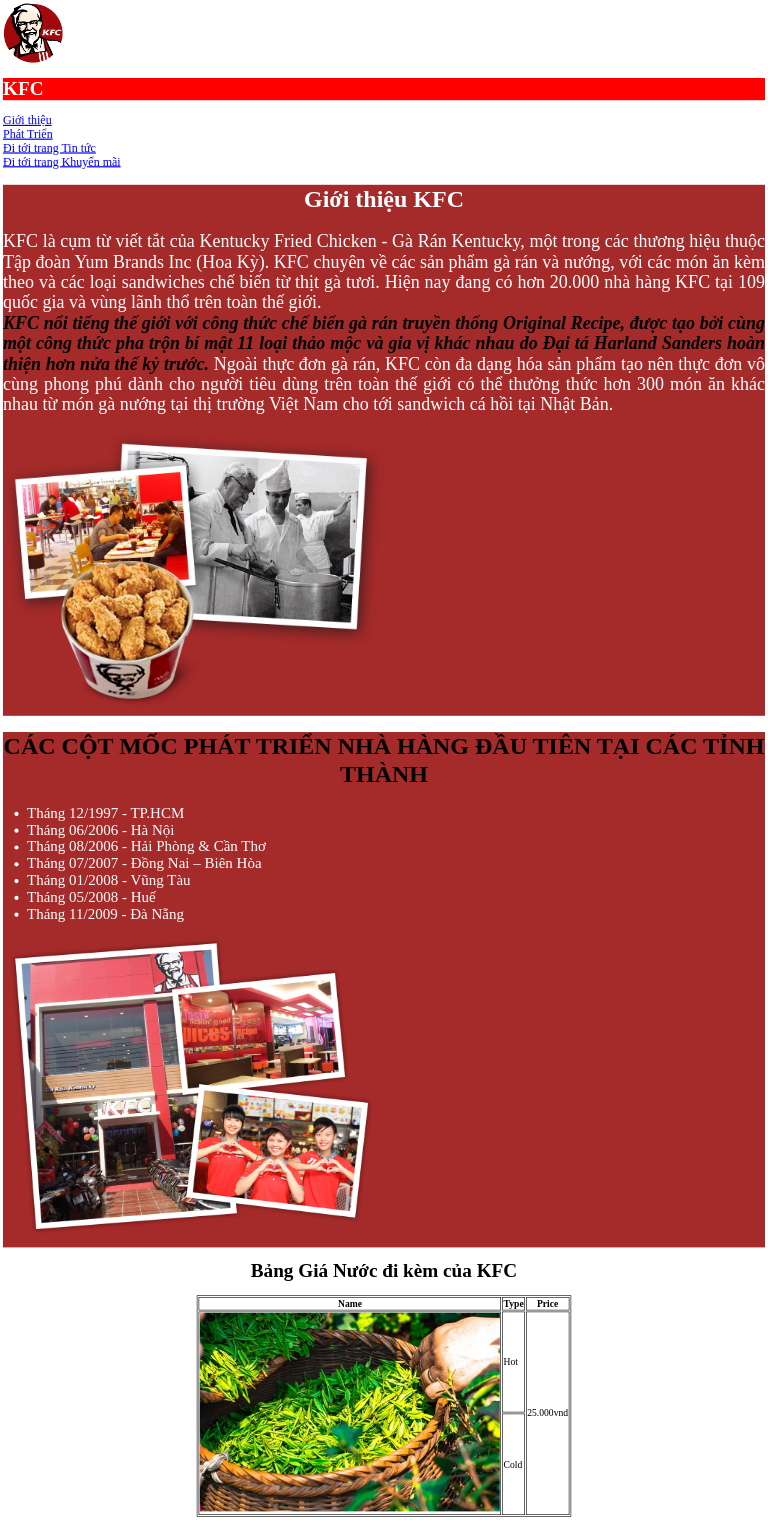
Repository: giahuy405/BC38__-BaiTapHTML_KFC__Pham_Gia_Huy
Page: index.html
These files come from the project's save history. The page is drawn as it stood at one moment and after the next save; the edit follows.
The browser window is 1280 px wide. The pictures show the whole page, at 60% of full size.

Above is the page before, as saved 2022-09-06 19:44:50.

### index.html
<!DOCTYPE html>
<html lang="en">
<head>
    <meta charset="UTF-8">
    <meta http-equiv="X-UA-Compatible" content="IE=edge">
    <meta name="viewport" content="width=device-width, initial-scale=1.0">
    <title>Document</title>
    <link rel="stylesheet" href="./css/index.css">
</head>
<body>
    <header>
        <img src="./img/logo.png" alt="">
        <h1>KFC</h1>
    </header>
    <nav>
        <ul>
            <li><a href="#">Giới thiệu</a></li>
            <li><a href="#">Phát Triển</a></li>
            <li><a href="#">Đi tới trang Tin tức</a></li>
            <li><a href="#">Đi tới trang Khuyến mãi</a></li>
        </ul>
    </nav>
    <div class="introduce-KFC">
        <h1>Giới thiệu KFC</h1>

        <p>KFC là cụm từ viết tắt của Kentucky Fried Chicken - Gà Rán Kentucky, một trong các thương hiệu thuộc Tập đoàn Yum Brands Inc (Hoa Kỳ). KFC chuyên về các sản phẩm gà rán và nướng, với các món ăn kèm theo và các loại sandwiches chế biến từ thịt gà tươi. Hiện nay đang có hơn 20.000 nhà hàng KFC tại 109 quốc gia và vùng lãnh thổ trên toàn thế giới.
        <br>
            <span><i style="color:black;"><b>KFC nổi tiếng thế giới với công thức chế biến gà rán truyền thống Original Recipe, được tạo bởi cùng một công thức pha trộn bí mật 11 loại thảo mộc và gia vị khác nhau do Đại tá Harland Sanders hoàn thiện hơn nửa thế kỷ trước.</b></i></span> Ngoài thực đơn gà rán, KFC còn đa dạng hóa sản phẩm tạo nên thực đơn vô cùng phong phú dành cho người tiêu dùng trên toàn thế giới có thể thưởng thức hơn 300 món ăn khác nhau từ món gà nướng tại thị trường Việt Nam cho tới sandwich cá hồi tại Nhật Bản.
        </p>
        <img style="width:50%" src="./img/about-pic-1.png" alt="">
    </div>

    <div class="branch-KFC">
        <h1>CÁC CỘT MỐC PHÁT TRIỂN NHÀ HÀNG ĐẦU TIÊN TẠI CÁC TỈNH THÀNH</h1>

        <ul>
            <li>Tháng 12/1997 - TP.HCM</li>
            <li>Tháng 06/2006 - Hà Nội</li>
            <li>Tháng 08/2006 - Hải Phòng & Cần Thơ</li>
            <li>Tháng 07/2007 - Đồng Nai – Biên Hòa</li>
            <li>Tháng 01/2008 - Vũng Tàu</li>
            <li>Tháng 05/2008 - Huế</li>
            <li>Tháng 11/2009 - Đà Nẵng</li>
        </ul>
        <img style="width:50%" src="./img/about-pic-3.png" alt="">

    </div>

    <div class="menu-water">
        <h1>Bảng Giá Nước đi kèm của KFC</h1>

        <table>
            <tr>
                <th>Name</th>
                <th>Type</th>
                <th>Price</th>
            </tr>
            <tr>
                <td rowspan="2">
                    <img src="./img/greentea.jpg" alt="">
                </td>
                <td>Hot</td>
                <td rowspan="2">25.000vnd</td>
            </tr>
            <tr>

                <td>Cold</td>
            </tr>
        </table>
    </div>
</body>
</html>

### css/index.css
*{
    box-sizing: border-box;
}
body{
    padding: 0;
    margin: 5px;
}
header img{
    width: 100px;
}
header h1{
    background-color: red;
    color: white;
}
nav ul{
    list-style: none;
    padding: 0;
}
nav ul li a{
    font-size: 20px;
    color: blue;
}
.introduce-KFC{
    background-color: #a52a2a;
}
.introduce-KFC h1{
    text-align:center ;
    font-size: 40px;
    color: white;
}
.introduce-KFC p{
    font-size: 30px;
    color: white;
    text-align: justify;
}
.branch-KFC{
    background-color: #a52a2a;
}
.branch-KFC h1{
    font-size: 40px;
    text-align: center;
}
.branch-KFC ul li{
    font-size: 25px;
    color: white;
}
.menu-water h1{
    text-align: center;
}
.menu-water table,th,td{

    border: 1px solid black;
}
.menu-water table{
    margin: 0 auto;
}

After the next save:
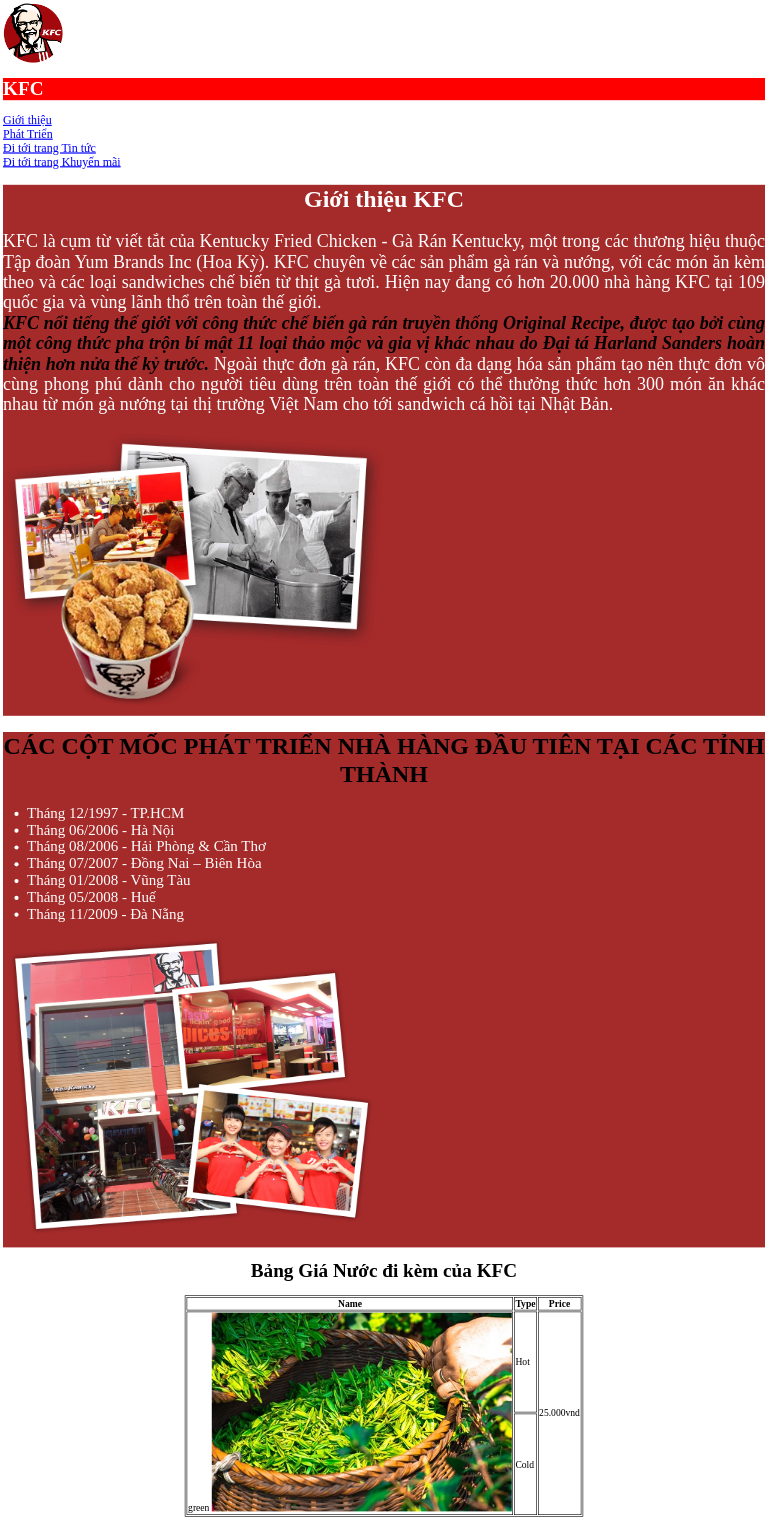
Saved 13 s later.
--- a/index.html
+++ b/index.html
@@ -57,6 +57,7 @@
             </tr>
             <tr>
                 <td rowspan="2">
+                    green
                     <img src="./img/greentea.jpg" alt="">
                 </td>
                 <td>Hot</td>

After the save that followed:
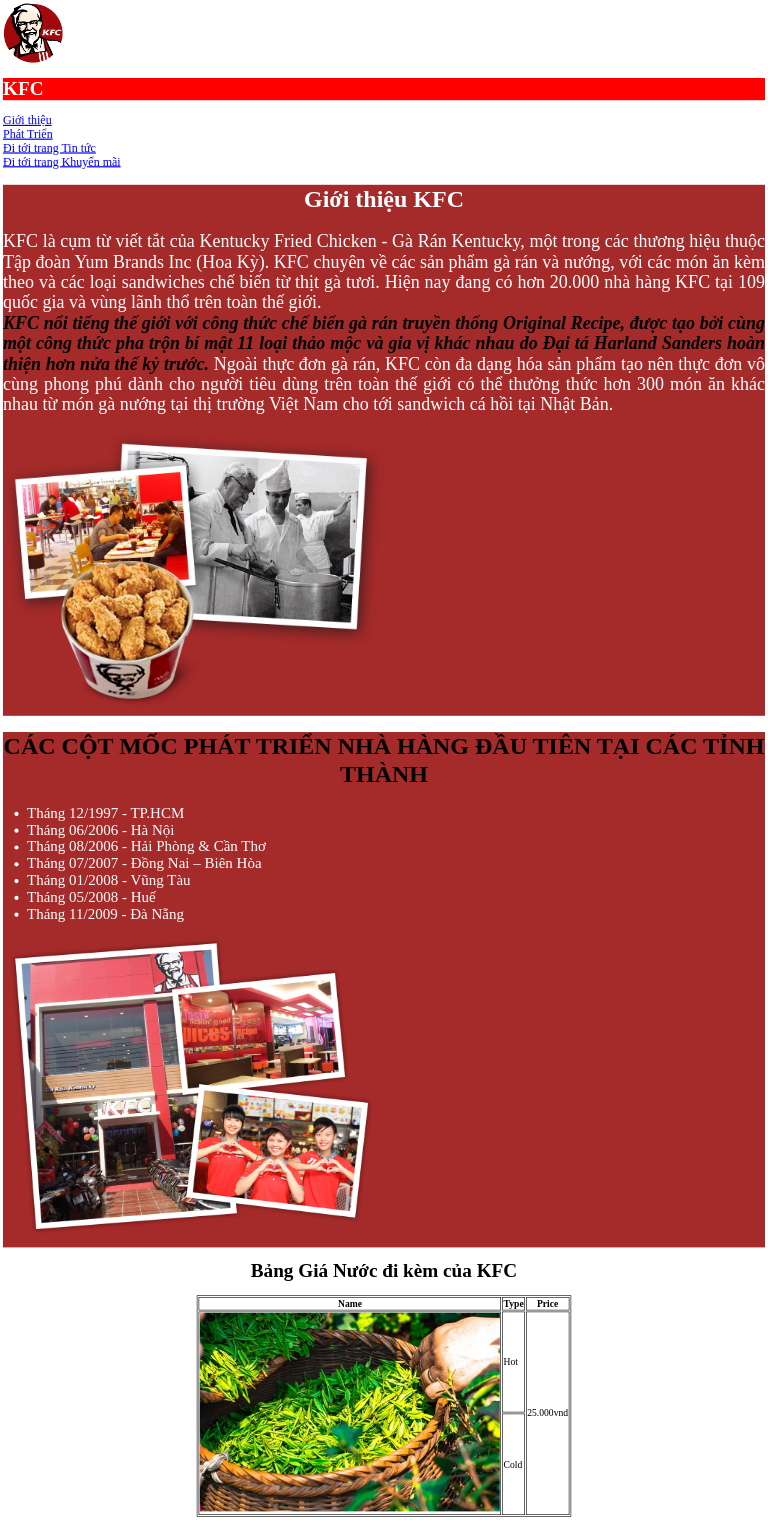
Saved 4 s later.
--- a/index.html
+++ b/index.html
@@ -57,7 +57,6 @@
             </tr>
             <tr>
                 <td rowspan="2">
-                    green
                     <img src="./img/greentea.jpg" alt="">
                 </td>
                 <td>Hot</td>
